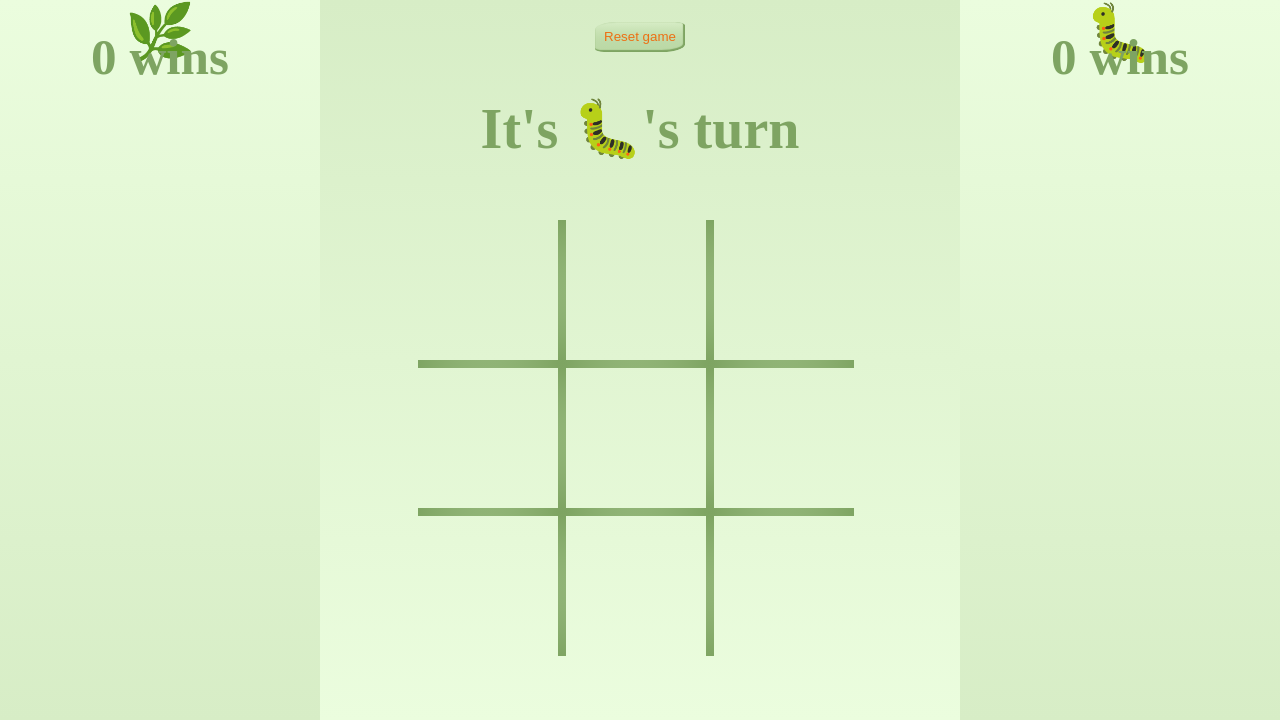
Repository: AsherSpurr/tic-tac-toe
Page: index.html
An editor plug-in stored every save of this project. The page is shown before and after the next save, followed by the edit.
The browser window is 1280 px wide. The pictures show the whole page.
Some web fonts or font styles are not loaded; a fallback is used.

Above is the page before, as saved 2024-01-13 19:09:18.

### index.html
<!DOCTYPE html>
<html lang="en">
<head>
    <meta charset="UTF-8">
    <meta name="viewport" content="width=device-width, initial-scale=1.0">
    <link rel="stylesheet" type="text/css" href="styles.css">
    <link rel="preconnect" href="https://fonts.googleapis.com">
    <link rel="preconnect" href="https://fonts.gstatic.com" crossorigin>
    <link href="https://fonts.googleapis.com/css2?family=Bad+Script&family=Poppins:wght@300&display=swap" rel="stylesheet">
    <title>Two player tic tac toe</title>
</head>
<body">
    <section class="column" id="left-column">
        <article class="player-box" id="player1">
            <h3 class="player" id="player1-icon">🌿</h3>
            <h4 class="wins" id="player1-wins"></h4>
        </article>
    </section>
    <section class="game-play">
        <div class="reset-container">
            <button class="reset-button">Reset game</button>
        </div>
        <h1 class="welcome-message">✨Tic Tac Toe✨</h1>
        <h2 class="turns hidden">It's 🐛's turn</h2>
        <section class="gameboard-container">
            <div class="cell" id="cell1"></div>
            <div class="cell" id="cell2"></div>
            <div class="cell" id="cell3"></div>
            <div class="cell" id="cell4"></div>
            <div class="cell" id="cell5"></div>
            <div class="cell" id="cell6"></div>
            <div class="cell" id="cell7"></div>
            <div class="cell" id="cell8"></div>
            <div class="cell" id="cell9"></div>
        </section>
    </section>
    <section class="column" id="right-column">
        <article class="player-box" id="player2">
            <h3 class="player" id="player2-icon">🐛</h3>
            <h4 class="wins" id="player2-wins"></h4>
        </article>
    </section>
</body>
    <script type="text/javascript" src="main.js"></script>
</html>

### styles.css
body {
    height: 100%;
    width: 100%;
    margin: 0;
    font-family: 'Bad Script';
    color: #7ea462;
}

.column {
    background-image: linear-gradient(#ebfdde, #d7edc6);
    height: 100vh;
    width: 25vw;
}

#left-column {
    float: left;
}

#right-column {
    float: right;
}

.game-play {
    background-image: linear-gradient(#d7edc6, #ebfdde);
    height: 100vh;
    width: 50vw;
    float: inline-start;
    display: flex;
    align-items: center;
    flex-direction: column;
    justify-content: space-around;
}

.gameboard-container {
    display: flex;
    flex-wrap: wrap;
    width: 444px;
    height: 366px;
    margin-bottom: 8em;
}

.cell {
    display: flex;
    justify-content: center;
    align-items: center;
    background-color: transparent;
    border-style: solid;
    border-width: 4px;
    border-image: radial-gradient(#bad8a4, #7ea462) 1;
    height: 140px;
    width: 140px;
    font-size: 80px;
}

.player-box {
    display: flex;
    align-items: center;
    flex-direction: column;
    margin: 0;
}

.player {
    font-size: 350%;
    margin: 0;
    margin-bottom: -.70em;
}

.wins {
    font-size: 320%;
    margin: 0;
}

.welcome-message,
.turns {
    font-size: 350%;
    max-height: 20vh;
    margin-top: 5%;
}

.reset-container {
    display: flex;
    align-items: end;
    margin-top: 1em;

}

.reset-button {
    color: #ed7014;
    height: 30px;
    width: 90px;
    border-radius: 25% 10%;
    border: 1px transparent;
    background-image: linear-gradient(0deg, #bad8a4, 70%, #d7edc6);
    box-shadow: inset -1px -1px 1px 1px #7ea462;
}

.cell:nth-child(1) {
    border-top: transparent;
    border-left: transparent;
}


.cell:nth-child(2) {
    border-top: transparent;
}


.cell:nth-child(3) {
    border-top: transparent;
    border-right: transparent;
}


.cell:nth-child(4) {
    border-left: transparent;
}


.cell:nth-child(6) {
    border-right: transparent;
}


.cell:nth-child(7) {
    border-left: transparent;
    border-bottom: transparent;
}


.cell:nth-child(8) {
    border-bottom: transparent;
}


.cell:nth-child(9) {
    border-bottom: transparent;
    border-right: transparent;
}


.hidden {
    display: none;
}

### main.js
var players = [
    {
        name: 'player1',
        icon: '🌿',
        isTurn: false,
        hasWon: false,
        plays: [],
        wins: 0
    },
    {
        name: 'player2',
        icon: '🐛',
        isTurn: true,
        hasWon: false,
        plays: [],
        wins: 0
    }
]

var winningCombos = [
    ['cell1', 'cell2', 'cell3'],
    ['cell4', 'cell5', 'cell6'],
    ['cell7', 'cell8', 'cell9'],
    ['cell1', 'cell4', 'cell7'],
    ['cell2', 'cell5', 'cell8'],
    ['cell3', 'cell6', 'cell9'],
    ['cell1', 'cell5', 'cell9'],
    ['cell3', 'cell5', 'cell7'],
]

var welcomeMessage = document.querySelector('.welcome-message')
var turns = document.querySelector('.turns')
var gameBoard = document.querySelector('.gameboard-container')
var winsPlayer1 = document.getElementById('player1-wins')
var winsPlayer2 = document.getElementById('player2-wins')

window.addEventListener('load', storeWinsLocally)

gameBoard.addEventListener('click', (event) => {
    checkforPlay(event)
});

setTimeout(replaceDisplayMessage, 1500)

function replaceDisplayMessage() {
    turns.classList.remove('hidden')
    welcomeMessage.classList.add('hidden')
}

function checkforPlay(event) {
    // localStorage.setItem('wins0', players[0].wins)
    // localStorage.setItem('wins1', players[1].wins)
    var event = event.target.closest('div')
    for (var i = 0; i < players.length; i++) {
        if (players[0].hasWon === true || players[1].hasWon === true) {
            break
        }
        if (players[i].isTurn === true && event.innerText === '') {
            renderCellIcon(event, players[i])
            trackPlay(event, players[i])
            changeTurn()
            trackWins(players[i])
        }
    }
}

function renderCellIcon(event, player) {
    event.innerText = `${player.icon}`
}

function trackPlay(event, player) {
    player.plays.push(event.id)
}

function changeTurn() {
    for (var i = 0; i < players.length; i++) {
        players[i].isTurn = !players[i].isTurn
        renderTurnIcon()
    }
}

function renderTurnIcon() {
    for (var i = 0; i < players.length; i++) {
        if (players[i].isTurn === true) {
            turns.innerText = `It's ${players[i].icon}'s turn`
        }
    }
}

function trackWins(player) {
    for (var i = 0; i < winningCombos.length; i++) {
        counter = 0;
        for (var j = 0; j < player.plays.length; j++) {
            if (winningCombos[i].includes(player.plays[j])) {
                counter++
            }
            if (counter === 3) {
                player.hasWon = true
                // console.log(`line 102: ${player.wins}`)
                player.wins++
                storeWinsLocally(player)
                renderWinner(player)
                renderWins(player)
                setTimeout(reloadGameboard, 1500)
            }
        }
    }
    isDraw(player)
}

function storeWinsLocally() {
    for(var i = 0; i < players.length; i++) {
        if(players[i].name === 'player1') {
            localStorage.setItem('wins0', players[i].wins)
        }
        else {
            localStorage.setItem('wins1', players[i].wins)
        }
    }
    console.log(`wins0: ${localStorage.wins0}`)
    console.log(`wins1: ${localStorage.wins1}`)
    refreshWins()
}

function refreshWins() {
    var wins0 = parseInt(localStorage.getItem('wins0'))
    var wins1 = parseInt(localStorage.getItem('wins1'))

    players[0].wins = wins0
    players[1].wins = wins1

    renderWins(players[0])
    renderWins(players[1])
}

function isDraw(player) {
    if (player.plays.length === 5 && !player.hasWon) {
        declareDraw()
        setTimeout(reloadGameboard, 1500)
    }
}

function renderWinner(player) {
    turns.innerText = `${player.icon} won!`
}

function declareDraw() {
    turns.innerText = `Draw!`
}

function reloadGameboard() {
    for (var i = 0; i < players.length; i++) {
        if (players[i].hasWon === true || players[i].plays.length === 5) {
            for (var child of gameBoard.children) {
                child.innerText = ""
            }
            resetInitialValues()
            renderTurnIcon()
        }

    }
}

function resetInitialValues() {
    for (var i = 0; i < players.length; i++) {
        players[i].hasWon = false
        players[i].plays.splice(0, players[i].plays.length)
    }
}

function renderWins(player) {
    if (player.name === 'player1') {
        winsPlayer1.innerText = `${players[0].wins} wins`
    }
    else {
        winsPlayer2.innerText = `${players[1].wins} wins`
    }
}

After the next save:
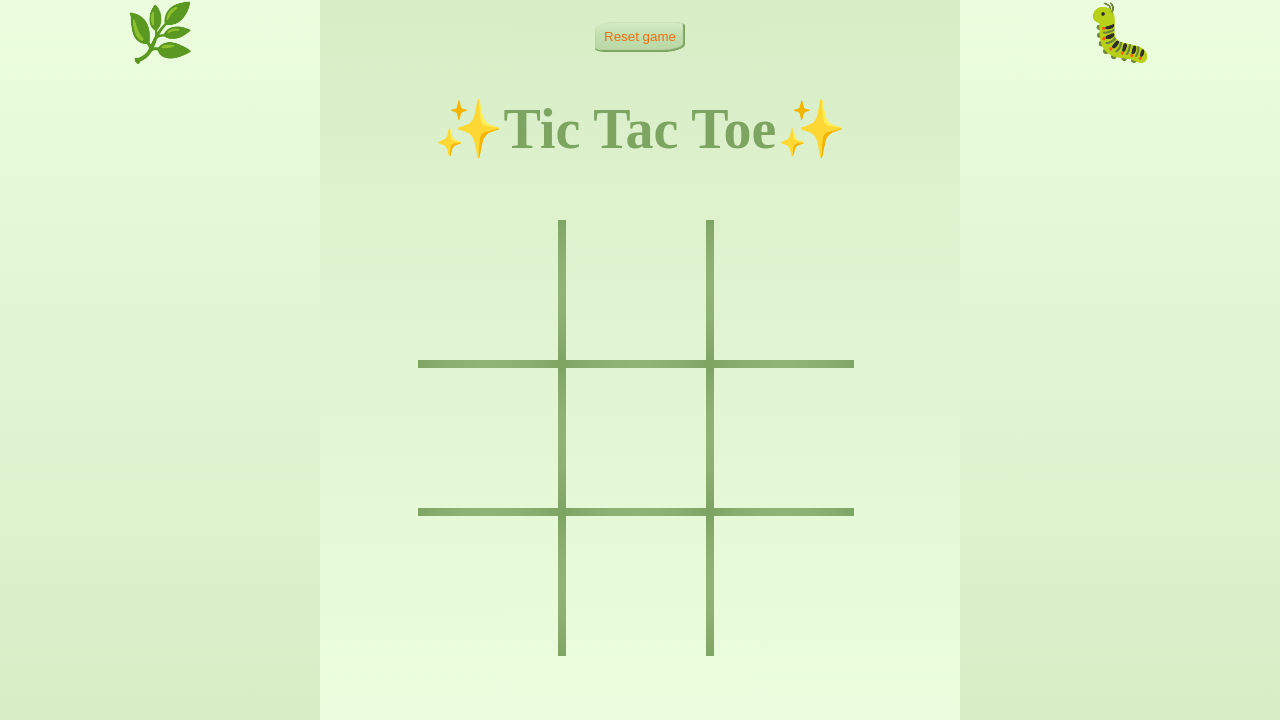
Console error: SyntaxError: Unexpected token '?'
Saved 18 h 27 min later.
--- a/main.js
+++ b/main.js
@@ -48,8 +48,7 @@
 }
 
 function checkforPlay(event) {
-    // localStorage.setItem('wins0', players[0].wins)
-    // localStorage.setItem('wins1', players[1].wins)
+    ?
     var event = event.target.closest('div')
     for (var i = 0; i < players.length; i++) {
         if (players[0].hasWon === true || players[1].hasWon === true) {

After the save that followed:
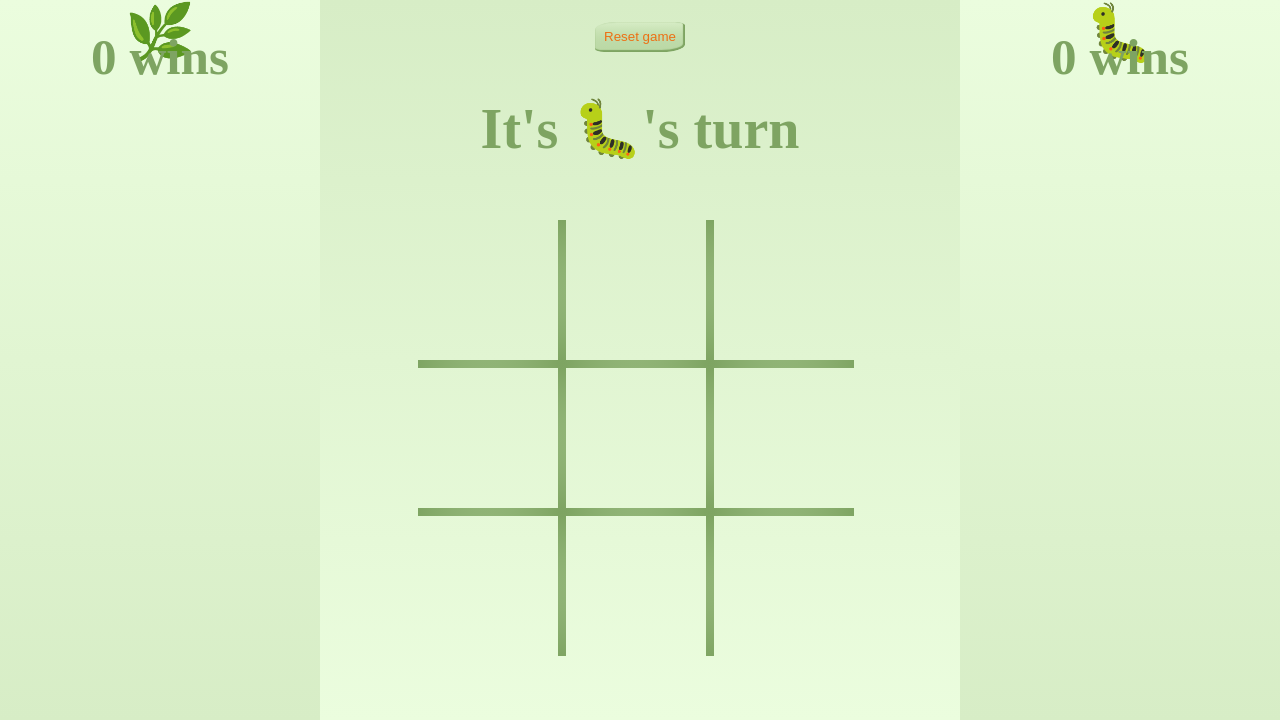
The error is gone.
Saved 8 s later.
--- a/main.js
+++ b/main.js
@@ -48,7 +48,8 @@
 }
 
 function checkforPlay(event) {
-    ?
+    // localStorage.setItem('wins0', players[0].wins)
+    // localStorage.setItem('wins1', players[1].wins)
     var event = event.target.closest('div')
     for (var i = 0; i < players.length; i++) {
         if (players[0].hasWon === true || players[1].hasWon === true) {
